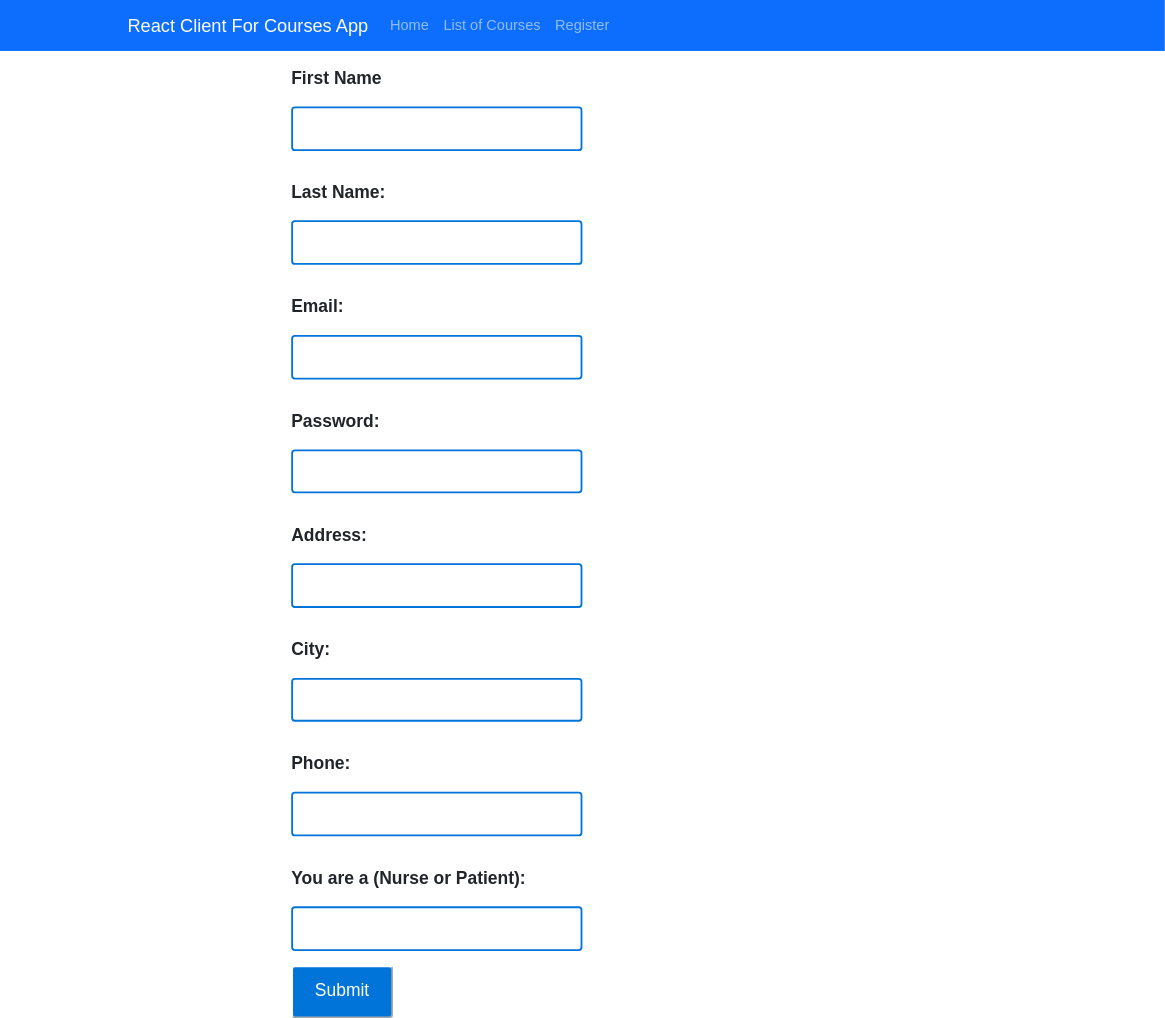
Repository: jmmunoz14/EmergingTech-GroupProject
Page: /register (app in frontend/)
These files come from the project's save history. The page is drawn as it stood at one moment and after a run of saves; the edit follows.
The browser window is 1280 px wide. The pictures show the whole page, at 91% of full size.
The project was rebuilt for these pictures with package versions that can differ from the ones it lists, and the page was loaded fresh each time. Also part of the build but not shown: frontend/src/components/Home.js, frontend/src/components/CourseList.js, frontend/src/components/NewCourseForm.js, frontend/src/components/EditCourse.js.

Above is the page before, as saved 2023-04-19 12:49:43.

After the next 4 saves:
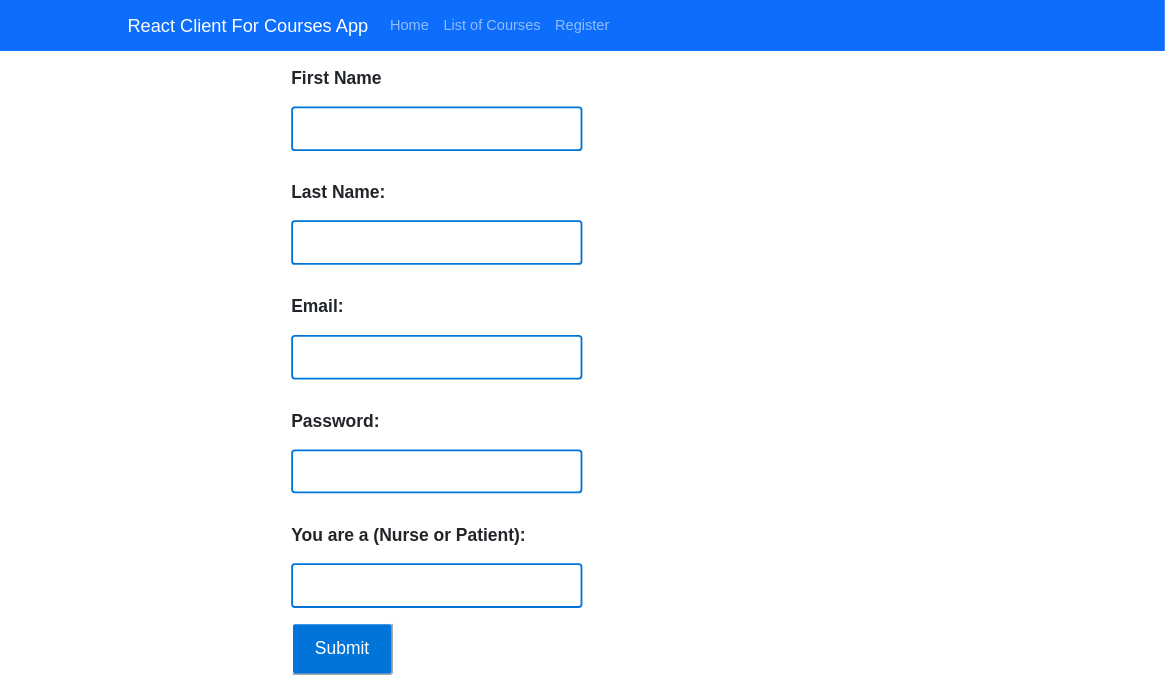
The 4 saves are shown as one change because 3 did not build or start.
The last was saved 67 s later.
--- a/frontend/src/components/Register.js
+++ b/frontend/src/components/Register.js
@@ -11,9 +11,6 @@ const Register = () => {
   const [lastName, setLastName] = useState('')
   const [email, setEmail] = useState('')
   const [password, setPassword] = useState('')
-  const [address, setAddress] = useState('')
-  const [city, setCity] = useState('')
-  const [phone, setPhone] = useState('')
   const [usertype, setUsertype] = useState('')
 
   const [register, { loading, error }] = useMutation(registration, {onCompleted() {
@@ -29,9 +26,6 @@ const Register = () => {
         lastName,
         email,
         password,
-        address,
-        city,
-        phone,
         usertype,
       },
     })
@@ -39,9 +33,6 @@ const Register = () => {
     setLastName('')
     setEmail('')
     setPassword('')
-    setAddress('')
-    setCity('')
-    setPhone('')
     setUsertype('')
   }
 
@@ -96,56 +87,6 @@ const Register = () => {
         />
       </div>
       <div className="input-container">
-        <label className="form-label" htmlFor="address">
-          Address:
-        </label>
-        <input
-          className="form-input"
-          type="text"
-          id="address"
-          value={address}
-          onChange={(e) => setAddress(e.target.value)}
-        />
-      </div>
-      <div className="input-container">
-        <label className="form-label" htmlFor="city">
-          City:
-        </label>
-        <input
-          className="form-input"
-          type="text"
-          id="city"
-          value={city}
-          onChange={(e) => setCity(e.target.value)}
-        />
-      </div>
-      <div className="input-container">
-        <label className="form-label" htmlFor="phone">
-          Phone:
-        </label>
-        <input
-          className="form-input"
-          type="number"
-          id="phone"
-          value={phone}
-          onChange={(e) => setPhone(e.target.value)}
-        />
-      </div>
-      {/*<div className="input-container">
-        <label className="form-label" htmlFor="usertype">
-            You are a:
-        </label>
-        <select
-            className="form-select"
-            id="usertype"
-            value={usertype}
-            onChange={(e) => setUsertype(e.target.value)} >
-            <option value="">Select your user type</option>
-            <option value="nurse">Nurse</option>
-            <option value="patient">Patient</option>
-        </select>
-  </div>*/}
-      <div className="input-container">
         <label className="form-label" htmlFor="usertype">
           You are a (Nurse or Patient):
         </label>
